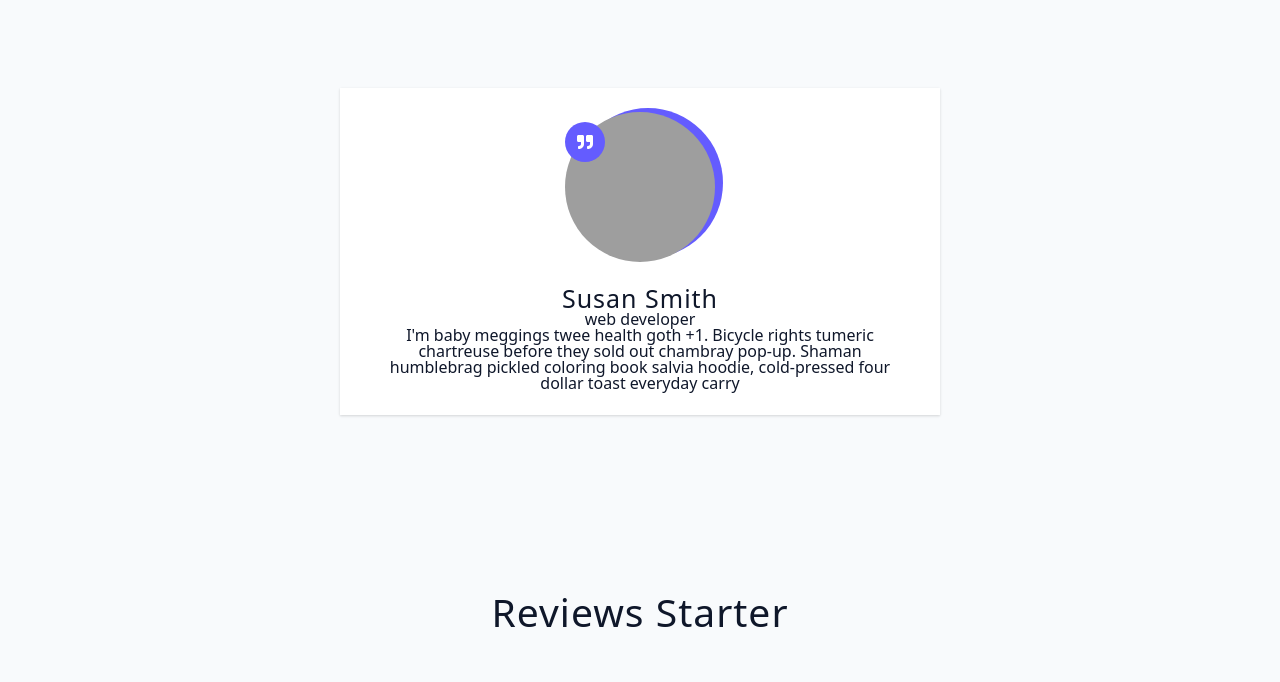
Repository: Maryie-B/React-Practice-Projects
Page: / (app in Reviews/)
An editor plug-in stored every save of this project. The page is shown before and after the next save, followed by the edit.
The browser window is 1280 px wide. The pictures show the whole page.
Pictures or frames that could not be fetched are drawn as grey boxes. The project was rebuilt for these pictures with package versions that can differ from the ones it lists, and the page was loaded fresh each time. Also part of the build but not shown: Reviews/vite.config.js.

Above is the page before, as saved 2023-06-07 11:44:12.

After the next save:
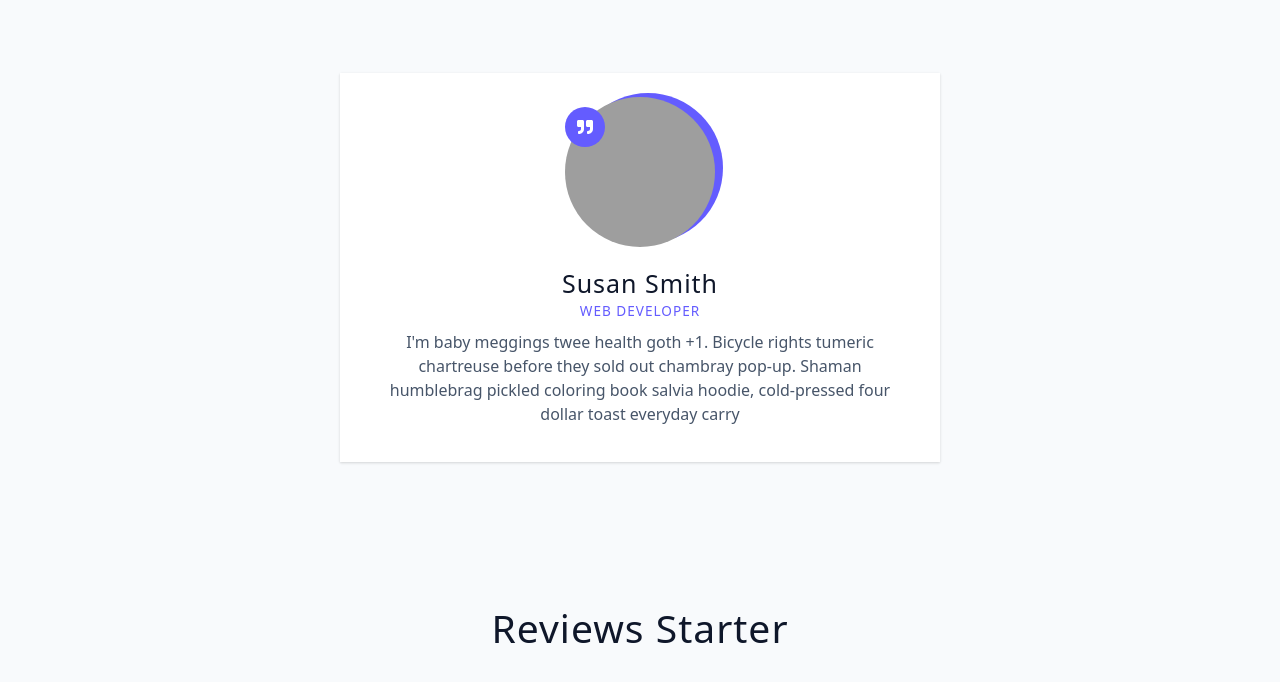
Saved 78 s later.
--- a/Reviews/src/App.jsx
+++ b/Reviews/src/App.jsx
@@ -15,9 +15,9 @@ const App = () => {
           <FaQuoteRight />
         </span>
       </div>
-      <h4>{name}</h4>
-      <p>{job}</p>
-      <p>{text}</p>
+      <h4 className="author">{name}</h4>
+      <p className="job">{job}</p>
+      <p className="info">{text}</p>
     </article>
     <h2>Reviews Starter</h2>
     </main>;
